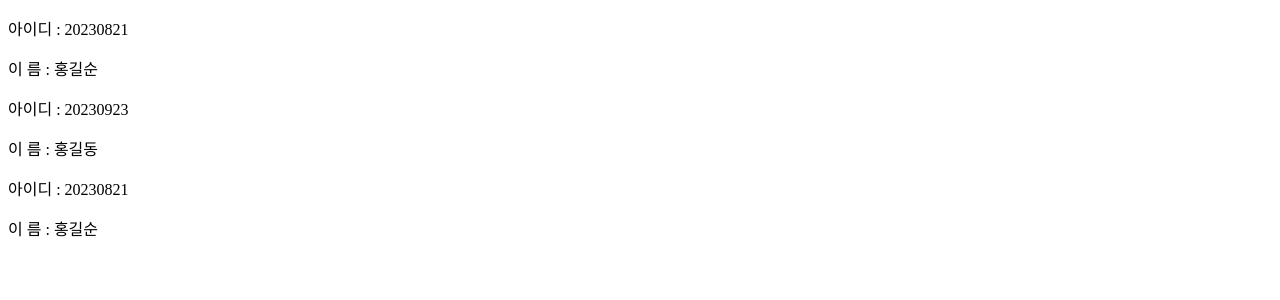
Repository: ezooo/JSP
Page: http://localhost/jspbook/chapter04/usebean04.jsp
The author's editor kept a copy of each file at every save. The page is drawn from the files as they stood at one save, then again after the next save.
The browser window is 1280 px wide. The pictures show the whole page.
The page is served by Tomcat 10. Other server files are loaded and not shown.

Above is the page before, as saved 2024-10-10 04:39:12.

### jspbook/src/main/webapp/chapter04/usebean04.jsp
<%@ page language="java" contentType="text/html; charset=UTF-8"
    pageEncoding="UTF-8"%>
<!DOCTYPE html>
<html>
<head>
<meta charset="UTF-8">
<title>Insert title here</title>
</head>
<body>
	<jsp:useBean id="person" class="chapter04.person" scope="request"></jsp:useBean>
	<p> 아이디 : <%= person.getId() %> </p>
	<p> 이 름 : <%= person.getName() %> </p>
	<%
		person.setId(20230923);
		person.setName("홍길동");
	%>
	<p> 아이디 : <%= person.getId() %> </p>
	<p> 이 름 : <%= person.getName() %> </p>
	<jsp:include page="usebean03.jsp"></jsp:include>

</body>
</html>

### jspbook/src/main/webapp/chapter04/usebean03.jsp
<%@ page language="java" contentType="text/html; charset=UTF-8"
    pageEncoding="UTF-8"%>
<!DOCTYPE html>
<html>
<head>
<meta charset="UTF-8">
<title>Insert title here</title>
</head>
<body>
	<jsp:useBean id="person" class="chapter04.person"></jsp:useBean>
	<p> 아이디 : <%= person.getId() %></p>
	<p> 이 름 : <%= person.getName() %></p>

</body>
</html>

### jspbook/src/main/java/chapter04/person.java
package chapter04;

public class person
{
	private int id=20230821;
	private String name = "홍길순";

	public person() {}

	public int getId()
	{
		return id;
	}

	public void setId(int id)
	{
		this.id = id;
	}

	public String getName()
	{
		return name;
	}

	public void setName(String name)
	{
		this.name = name;
	}
}

After the next save:
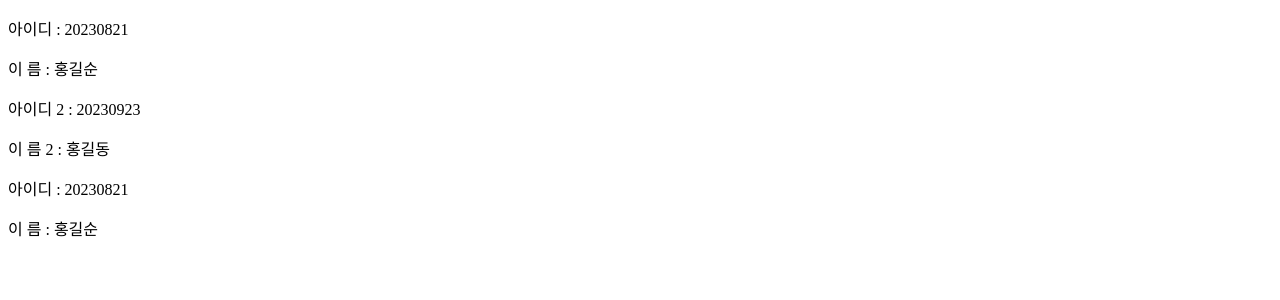
Saved 2 min 21 s later.
--- a/jspbook/src/main/webapp/chapter04/usebean04.jsp
+++ b/jspbook/src/main/webapp/chapter04/usebean04.jsp
@@ -14,8 +14,8 @@
 		person.setId(20230923);
 		person.setName("홍길동");
 	%>
-	<p> 아이디 : <%= person.getId() %> </p>
-	<p> 이 름 : <%= person.getName() %> </p>
+	<p> 아이디 2 : <%= person.getId() %> </p>
+	<p> 이 름 2 : <%= person.getName() %> </p>
 	<jsp:include page="usebean03.jsp"></jsp:include>
 
 </body>
